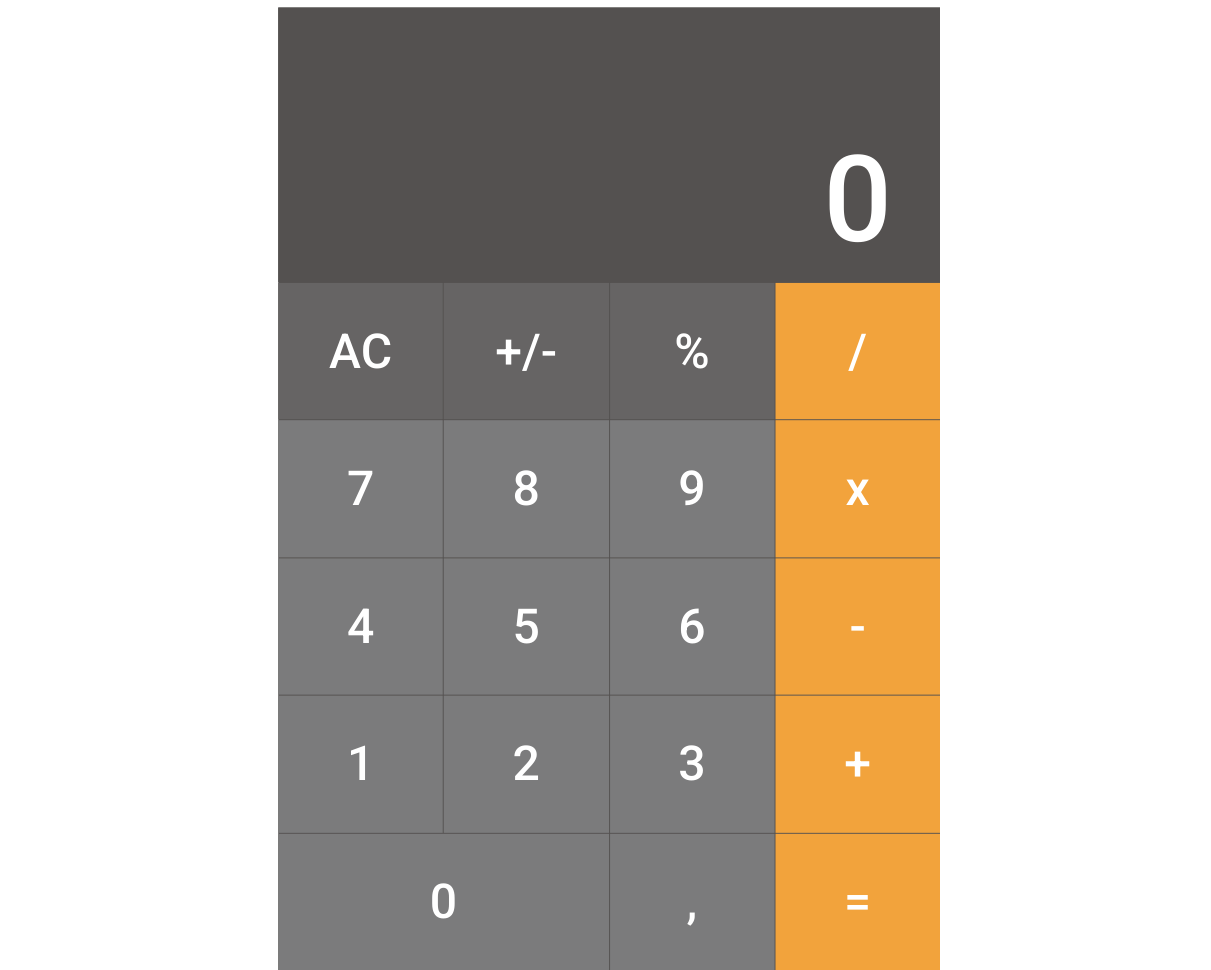
Repository: maciekto/calculatorOOP
Page: index.html
The author's editor kept a copy of each file at every save. The page is drawn from the files as they stood at one save, then again after the next save.
The browser window is 1280 px wide. The page is 1288 px wide, so the pictures cover 1288 px, including what lies to the right of the window. The pictures show the whole page, at 94% of full size.

Above is the page before, as saved 2022-07-06 17:18:54.

After the next save:
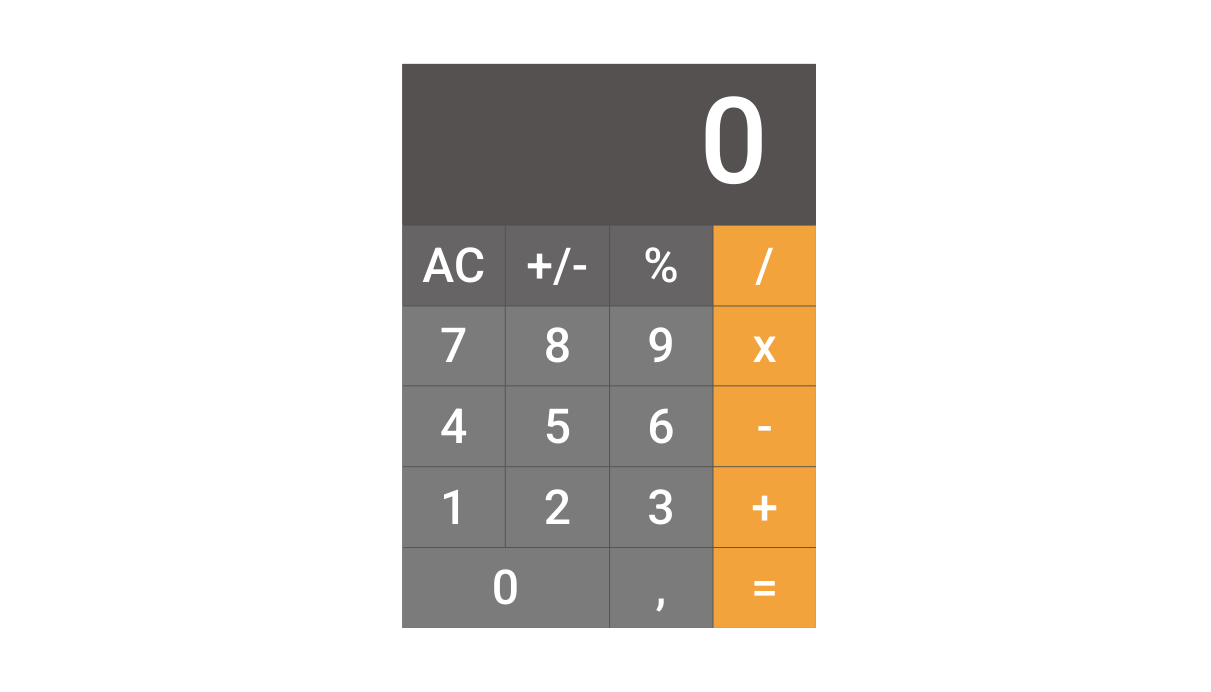
Saved 109 s later.
--- a/css.css
+++ b/css.css
@@ -14,9 +14,10 @@ main {
 }
 
 .Calc {
-    max-width: 60vw;
+    max-width: 440px;
     width: 55vw;
     height: 80vw;
+    max-height: 600px;
     background: #545150;
     color: white;
     display: grid;
